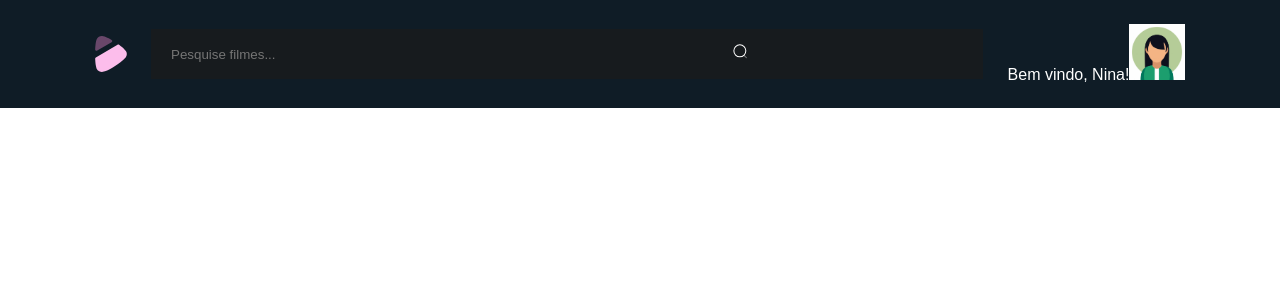
Repository: MilenaMelo/Cubos-Flix
Page: / (app in cubos-flix/)
These files come from the project's save history. The page is drawn as it stood at one moment and after the next save; the edit follows.
The browser window is 1280 px wide. The pictures show the whole page.
The project was rebuilt for these pictures with package versions that can differ from the ones it lists, and the page was loaded fresh each time.

Above is the page before, as saved 2021-06-19 13:12:26.

After the next save:
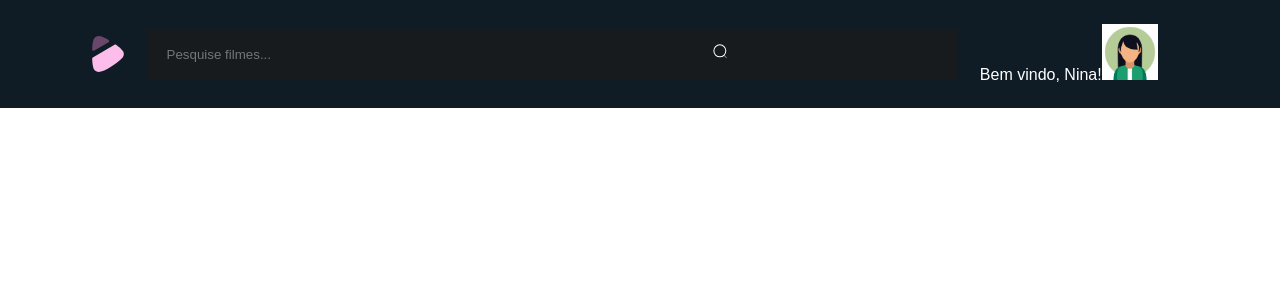
Saved 96 s later.
--- a/cubos-flix/src/components/Navbar/style.css
+++ b/cubos-flix/src/components/Navbar/style.css
@@ -2,8 +2,9 @@
     display: flex;
     align-items: center;
     justify-content: space-evenly;
-    padding: 24px 70px;
-    background-color: #0f1c26;
+    padding: 24px 100px 24px 70px;
+    color: #fdfdfd;
+    background: #0f1c26;
 }
 
 .search-container {
